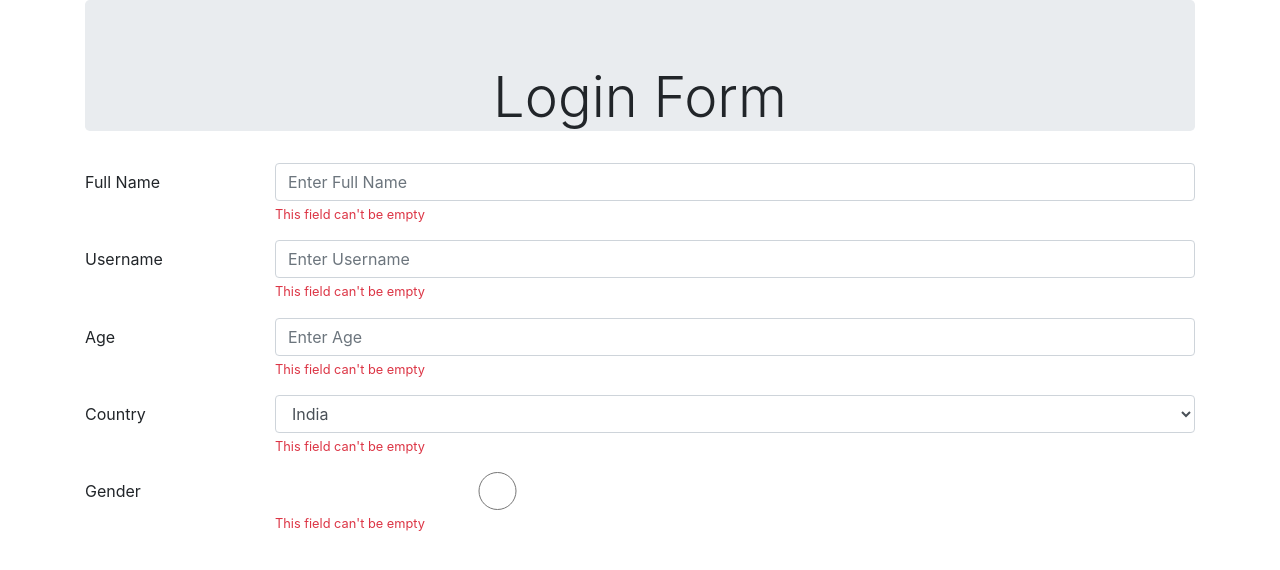
Repository: amar468S/Ng-templateDrivenForm
Page: /
An editor plug-in stored every save of this project. The page is shown before and after the next save, followed by the edit.
The browser window is 1280 px wide. The pictures show the whole page.
Some web libraries are served in a nearby version. The project was rebuilt for these pictures with package versions that can differ from the ones it lists, and the page was loaded fresh each time. Also part of the build but not shown: angular.json.

Above is the page before, as saved 2019-02-03 15:54:58.

After the next save:
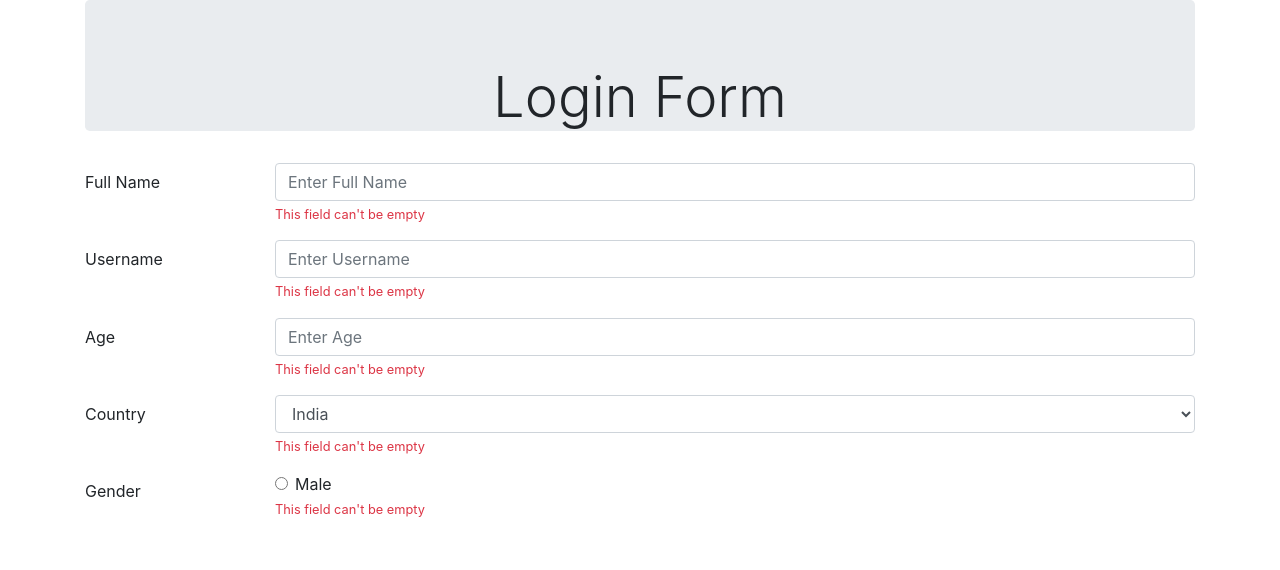
Saved 100 s later.
--- a/src/app/app.component.html
+++ b/src/app/app.component.html
@@ -39,8 +39,11 @@
       </div>
       <div class="form-group row">
           <label class="col-sm-2 col-form-label">Gender</label>
-          <div class="col-sm-5">
-            <input type="radio" class="form-control">
+          <div class="col-sm-10">
+            <div class="form-check">
+              <input class="form-check-input" type="radio" name="gender">
+              <label class="form-check-label">Male</label>
+            </div>
             <small class="form-text text-danger">This field can't be empty</small>
           </div>
       </div>
